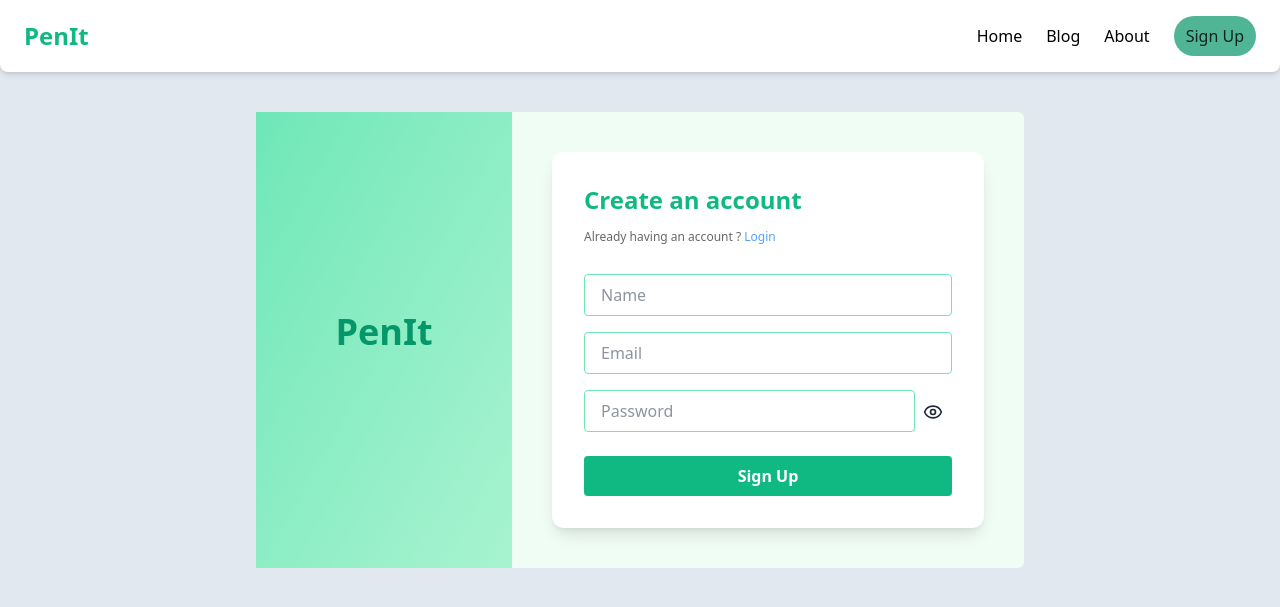
Repository: Mounika-chukkala/PenIt
Page: /signup (app in frontend/)
The author's editor kept a copy of each file at every save. The page is drawn from the files as they stood at one save, then again after the next save.
The browser window is 1280 px wide. The pictures show the whole page.
The project was rebuilt for these pictures with package versions that can differ from the ones it lists, and the page was loaded fresh each time. Also part of the build but not shown: frontend/vite.config.js, frontend/src/Pages/Signin.jsx, frontend/src/components/CreateBlog.jsx, frontend/src/Pages/AddBlog.jsx.

Above is the page before, as saved 2025-05-23 14:22:40.

After the next save:
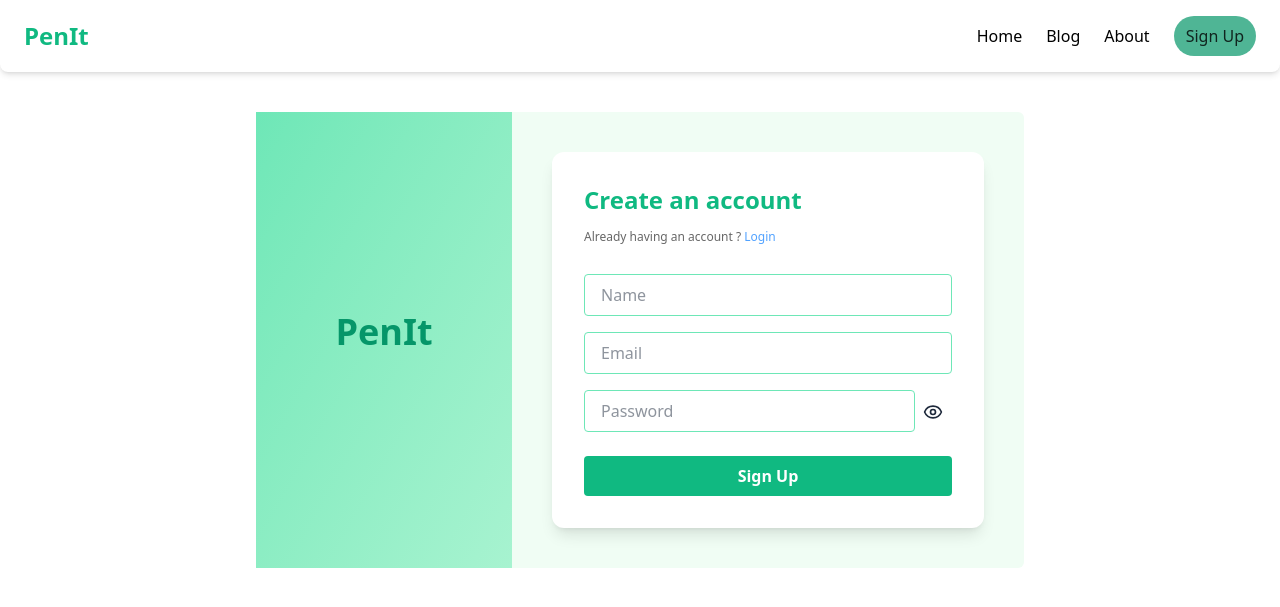
Saved 41 s later.
--- a/frontend/src/App.jsx
+++ b/frontend/src/App.jsx
@@ -10,7 +10,7 @@ import AddBlog from './Pages/AddBlog'
 function App() {
 
   return (
-    <div className="bg-slate-200 w-screen h-screen ">
+    <div className="bg-white w-screen h-screen ">
 
   <Routes>
     <Route path="/" element={<Navbar/>}>
